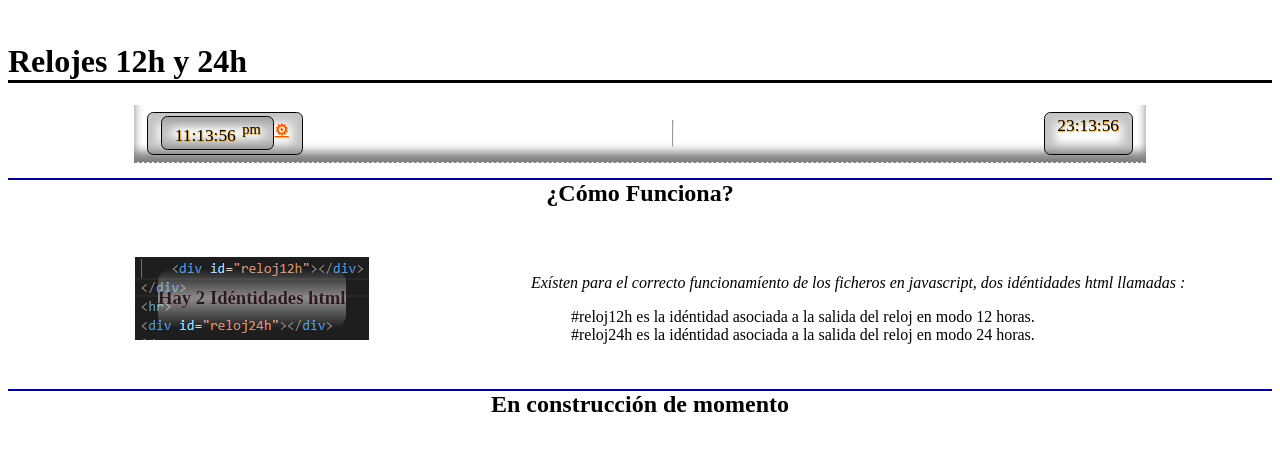
Repository: marcostonfor/clocks
Page: index.html
The author's editor kept a copy of each file at every save. The page is drawn from the files as they stood at one save, then again after a run of saves.
The browser window is 1280 px wide. The pictures show the whole page.

Above is the page before, as saved 2024-09-18 23:22:49.

### index.html
<!DOCTYPE html>
<html lang="ca-ES, en-US">

<head>
    <meta charset="utf-8">
    <meta name="viewport" content="width=device-width, initial-scale=1">
    <title>relojes</title>
    <style>
        h1 {
            margin-top: 6vh;
            border-bottom: 0.3vw solid black;
        }

        #dosRelojes {
            width: 80%;
            height: auto;
            margin: 2vh auto;
            padding: 1vh 1vw;
            display: flex;
            border-bottom: 0.1vw dashed gray;
            /* box-shadow: inset -0.2vh 0 06px hsl(41, 100%, 50%); */
            box-shadow: inset 0 -10px 10px rgba(0, 0, 0, 0.5);
        }

        summary::marker {
            content: none !important;
        }

        summary {
            cursor: pointer !important;
            color: orangered;
            text-decoration: underline;
            margin: 0.5vh auto;
            font-size: 12pt;
        }

        #caja12h {
            display: flex;
        }

        h2 {
            text-align: center;
            margin-top: 2vh;
            border-top: 0.2vw solid darkblue;
        }

        #identidades_principales {
            display: flex;
            justify-content: space-around;
            align-items:last baseline;
            padding: 2vh 2vw;
            width: ;
        }

        .conFoto figure {
            position: relative;
            display: flex;
            align-items: center;
            justify-content: center;
        }

        .conFoto figure figcaption {
            position: absolute;
            border-radius: 1vw;
            text-shadow: 0 0 1px hotpink;
            background-image:  repeating-linear-gradient(0deg, transparent, hsla(0, 0%, 96%, 0.5), transparent);
            mix-blend-mode: screen;
        }
    </style>
</head>

<body>
    <header>
        <h1>Relojes 12h y 24h</h1>
        <aside id="dosRelojes">
            <div id="caja12h">
                <div id="reloj12h"></div>
            </div>
            <hr>
            <div id="reloj24h"></div>
        </aside>
        <nav></nav>
    </header>
    <main>
        <h2>¿Cómo Funciona?</h2>
        <section id="identidades_principales">
            <article class="conFoto">
                <figure>
                    <img src="./img/identidades.png" alt="foto de las id principales">
                <figcaption><h3>Hay 2 Idéntidades html</h3></figcaption>
                </figure>
            </article>
            <article class="conTexto">
                <p>
                    <cite>Exísten para el correcto funcionamíento de los ficheros en javascript, dos idéntidades html
                        llamadas :</cite>
                <blockquote>
                    #reloj12h es la idéntidad asociada a la salida del reloj en modo 12 horas.
                    <br>
                    #reloj24h es la idéntidad asociada a la salida del reloj en modo 24 horas.
                </blockquote>
                </p>
            </article>
        </section>
    </main>
    <h2>En construcción de momento</h2>
    <script type="module" src="./relojes.js"></script>
</body>

</html>

### relojes.js

import { estilosPersonales } from './archivoEstilos.js';
import { conf12h } from './archivoConfiguracion.js';
function laHora() {
	const Reloj = class {
		constructor(formato, salida) {
			this.ahora = new Date();
			this.reloj = {
				hora: this.ahora.getHours(),
				minuto: this.ahora.getMinutes(),
				segundo: this.ahora.getSeconds()
			};
			this._formato = formato;
			this._salida = salida;
		}

		get formato() {
			return this._formato;
		}

		get salida() {
			return this._salida;
		}

		set formato(horaActual) {
			this._formato = horaActual;
		}

		set salida(output) {
			this._salida = output;
		}

		anyadirCero(formatear) {
			return formatear <= 9 ? "0" + formatear : formatear;
		}

		_12h() {
			let horas = this.reloj.hora % 12;
			if (horas === 0) horas = 12;
			const amOpm = this.reloj.hora >= 12 ? "pm" : "am";
			this._formato = `${this.anyadirCero(horas)}:${this.anyadirCero(this.reloj.minuto)}:${this.anyadirCero(this.reloj.segundo)}<sup>${amOpm}</sup>`;
			return this._formato;
		}

		_24h() {
			this._formato = `${this.anyadirCero(this.reloj.hora)}:${this.anyadirCero(this.reloj.minuto)}:${this.anyadirCero(this.reloj.segundo)}`;
			return this._formato;
		}
	};

	const laSalida = () => {
		const salida = document.getElementById("reloj12h");
		const salida24h = document.getElementById("reloj24h");
		const doceHoras = new Reloj();
	//	salida.innerHTML = doceHoras._12h();
	//	salida24h.innerHTML = doceHoras._24h();

 // Verifica si existe el elemento #reloj12h
 if (salida) {
	salida.innerHTML = doceHoras._12h();
	conf12h(); // Llamada a la función conf12h() si el elemento existe
}

// Verifica si existe el elemento #reloj24h
if (salida24h) {
	salida24h.innerHTML = doceHoras._24h();
}


	function estiloscss(estilosPersonales) {

		const estils = document.createElement('STYLE');
		estils.textContent = `
* {
    box-sizing: border-box;
}

div {
    text-align: center;
    width: fit-content;
    border: 0.1vw solid black;
    font-size: 13pt;
    padding: 0.5vh 1vw;
    box-shadow: inset 0 0 10px 10px hsla(0, 0%, 41%, 0.397);
    font-family: 'Comic Sans MS';
    color: black;
    text-shadow: 0.1vh 0.1vw 1px orange;
    border-radius: 0.5vw;
}


sup {
    margin-left: 0.5vw !important;
}
	`;
		if (estilosPersonales) {
			estils.textContent += estilosPersonales;
		}


		document.head.appendChild(estils);
}

	// Llamada a la función con estilos adicionales
	estiloscss(estilosPersonales);


	};

// estiloscss();
return setInterval(laSalida, 1000);
}
laHora();

### archivoEstilos.js
export const estilosPersonales = `

    `;

### archivoConfiguracion.js
export function conf12h() {
    const config = document.createElement('DETAILS');
    const summary = document.createElement('SUMMARY');
    summary.innerHTML = `&#9881;`;
    config.appendChild(summary);

    // Verificar si el checkbox ya existe
    if (!document.getElementById('miCheckbox')) {
        const checkbox = document.createElement('input');
        checkbox.type = 'checkbox';
        checkbox.id = 'miCheckbox';
        checkbox.checked = true; // Mostrar <sup> por defecto

        const label = document.createElement('label');
        label.htmlFor = 'miCheckbox'; // Asegúrate de que coincida con el id del checkbox
        label.textContent = 'Ver "am" "pm"';

        // Crear un elemento <style> para manejar la visibilidad de <sup>
        let estils = document.getElementById('dynamicStyles');
        if (!estils) {
            estils = document.createElement('style');
            estils.id = 'dynamicStyles';
            document.head.appendChild(estils);
        }

        // Función para actualizar el estilo de <sup>
        const updateSupVisibility = () => {
            if (checkbox.checked) {
                estils.textContent = `
                    sup {
                        display: inline !important;
                    }
                `;
            } else {
                estils.textContent = `
                    sup {
                        display: none !important;
                    }
                `;
            }
        };

        // Inicializar el estilo de <sup>
        updateSupVisibility();

        // Agregar un evento al checkbox para alternar la visibilidad de <sup>
        checkbox.addEventListener('change', updateSupVisibility);

        const mostrarConfiguracion = document.getElementById('caja12h');
        // Agregar el checkbox y el label al cuerpo del documento
        label.appendChild(checkbox);
        config.appendChild(label);
        mostrarConfiguracion.appendChild(config);
    }
}

After the next 2 saves:
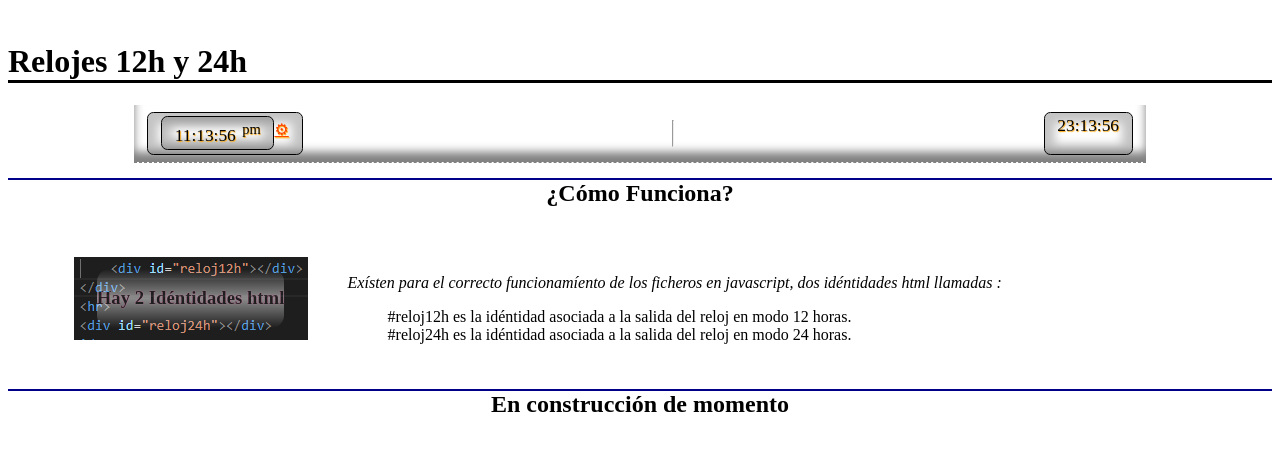
The 2 saves are shown as one change because they came seconds apart.
The last was saved 5 s later.
--- a/index.html
+++ b/index.html
@@ -49,7 +49,7 @@
             justify-content: space-around;
             align-items:last baseline;
             padding: 2vh 2vw;
-            width: ;
+            width: fit-content;
         }
 
         .conFoto figure {

After the 2 saves that followed:
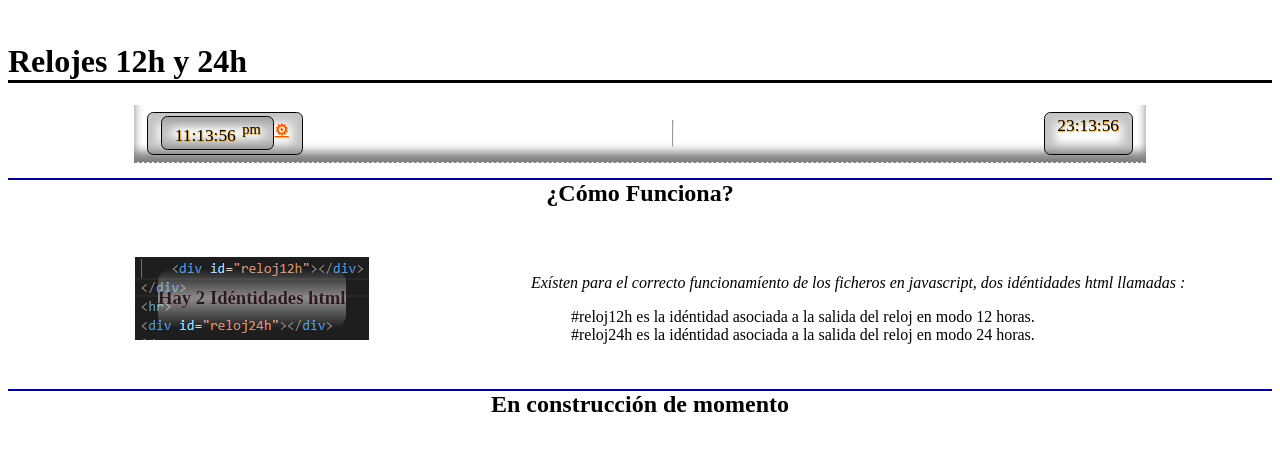
The 2 saves are shown as one change because they came seconds apart.
The last was saved 7 s later.
--- a/index.html
+++ b/index.html
@@ -49,7 +49,7 @@
             justify-content: space-around;
             align-items:last baseline;
             padding: 2vh 2vw;
-            width: fit-content;
+            width: ;
         }
 
         .conFoto figure {
